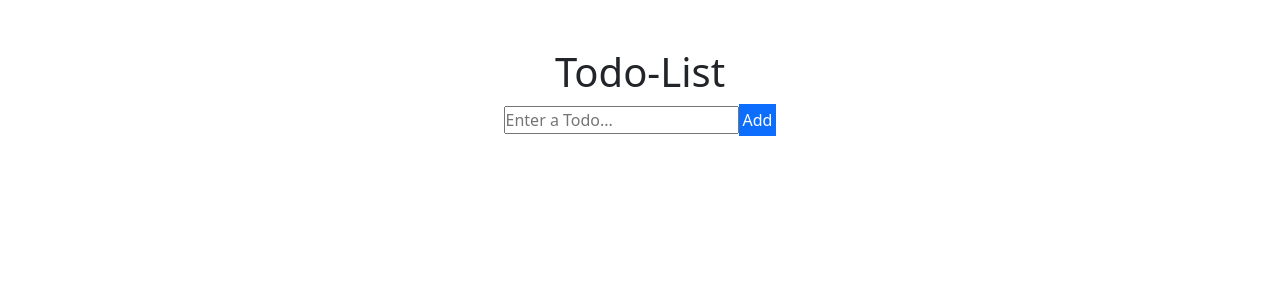
Repository: kieuduc123/Todo-List
Page: /
The author's editor kept a copy of each file at every save. The page is drawn from the files as they stood at one save, then again after a run of saves.
The browser window is 1280 px wide. The pictures show the whole page.
The project was rebuilt for these pictures with package versions that can differ from the ones it lists, and the page was loaded fresh each time.

Above is the page before, as saved 2024-02-14 20:13:22.

After the next 2 saves:
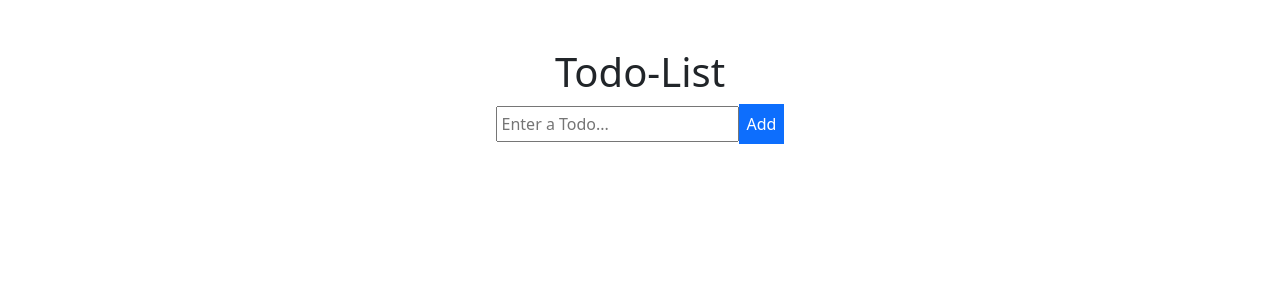
The 2 saves are shown as one change because they came seconds apart.
The last was saved 11 s later.
--- a/src/components/Form.js
+++ b/src/components/Form.js
@@ -41,7 +41,7 @@ const Form = ({ input, setInput, todos, setTodos, editTodo, setEditTodo }) => {
         >
             <input
                 placeholder="Enter a Todo..."
-                className="mr-2 "
+                className="mr-2 p-1"
                 type="text"
                 value={input}
                 required
@@ -49,7 +49,7 @@ const Form = ({ input, setInput, todos, setTodos, editTodo, setEditTodo }) => {
             />
             <button
                 type="submit"
-                className=" bg-primary text-white border-0 p-1"
+                className=" bg-primary text-white border-0 p-2"
             >
                 {editTodo ? "OK" : " Add"}
             </button>
